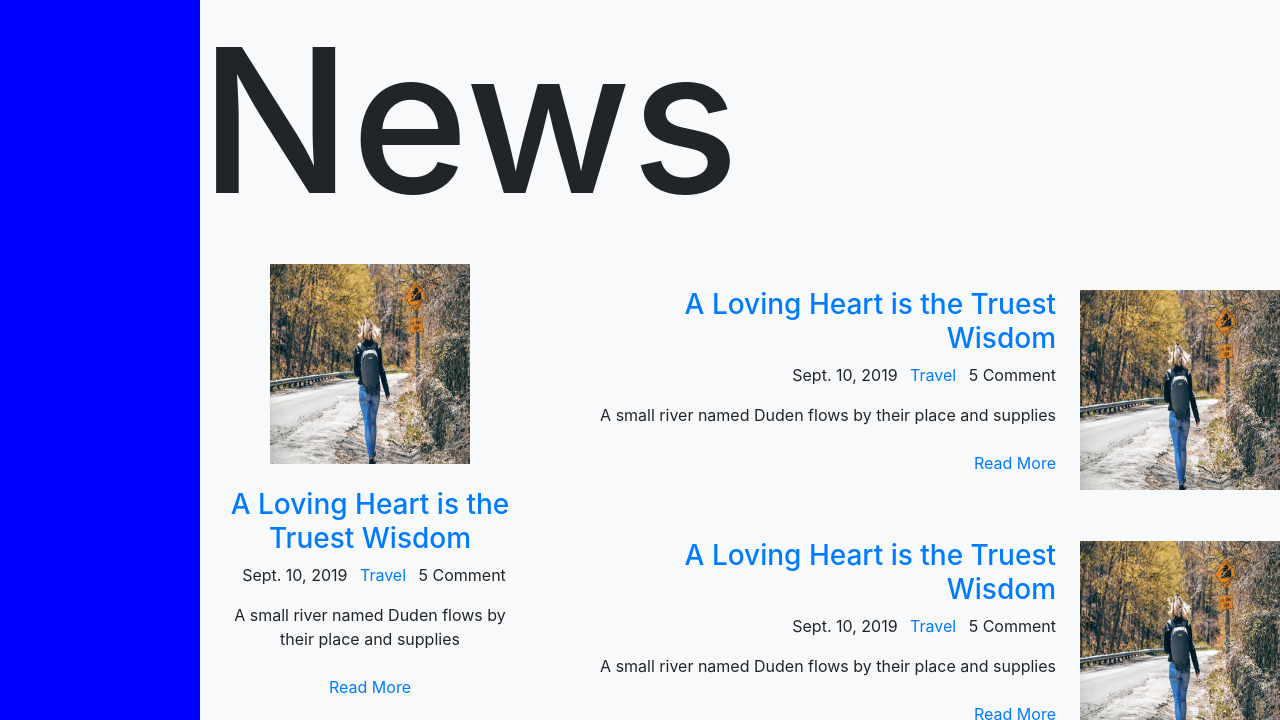
Repository: tts2610/GoogleNews
Page: index.html
The author's editor kept a copy of each file at every save. The page is drawn from the files as they stood at one save, then again after the next save.
The browser window is 1280 px wide. The pictures show the whole page.
The page's requests for data from a server got no answer. An inner scrolling area shows only its first screen.

Above is the page before, as saved 2020-05-20 13:54:15.

### index.html
<!DOCTYPE html>
<html lang="en">

<head>
    <meta charset="UTF-8">
    <meta name="viewport" content="width=device-width, initial-scale=1.0">
    <title>Document</title>
    <link rel="stylesheet" href="https://maxcdn.bootstrapcdn.com/bootstrap/4.4.1/css/bootstrap.min.css">

    <!-- jQuery library -->
    <script src="https://ajax.googleapis.com/ajax/libs/jquery/3.5.1/jquery.min.js"></script>

    <!-- Popper JS -->
    <script src="https://cdnjs.cloudflare.com/ajax/libs/popper.js/1.16.0/umd/popper.min.js"></script>

    <!-- Latest compiled JavaScript -->
    <script src="https://maxcdn.bootstrapcdn.com/bootstrap/4.4.1/js/bootstrap.min.js"></script>
    <link rel="stylesheet" href="css/style.css">
</head>

<body>
    <div class="myContainer">
        <div class="sidenav"></div>
        <div class="content">
            <div class="content-header mb-4">
                <h1 style="font-size: 200px;">News</h1>
            </div>
            <div class="row">
                <div class="col-4 d-flex">
                    <div class="blog-entry-left">
                        <div>
                            <img src="img/image_8.jpg" width="200" height="200">
                        </div>
                        <div class="text p-4" style="text-align: center;">
                            <h3 class="mb-2"><a href="single.html">A Loving Heart is the Truest Wisdom</a></h3>
                            <div class="meta-wrap">
                                <p class="meta">
                                    <span><i class="icon-calendar mr-2"></i>Sept. 10, 2019</span>
                                    <span><a href="single.html"><i class="icon-folder-o mr-2"></i>Travel</a></span>
                                    <span><i class="icon-comment2 mr-2"></i>5 Comment</span>
                                </p>
                            </div>
                            <p class="mb-4">A small river named Duden flows by their place and supplies</p>
                            <p><a href="#" class="btn-custom">Read More <span class="ion-ios-arrow-forward"></span></a></p>
                        </div>
                    </div>
                </div>
                <div class="col-8 d-flex">
                    <div class="row">
                        <div class="col-md-12">
                            <div class="blog-entry ftco-animate d-md-flex align-items-center">
                                <div class="text text-2 text-md-right p-4">
                                    <h3 class="mb-2"><a href="single.html">A Loving Heart is the Truest Wisdom</a></h3>
                                    <div class="meta-wrap">
                                        <p class="meta">
                                            <span><i class="icon-calendar mr-2"></i>Sept. 10, 2019</span>
                                            <span><a href="single.html"><i class="icon-folder-o mr-2"></i>Travel</a></span>
                                            <span><i class="icon-comment2 mr-2"></i>5 Comment</span>
                                        </p>
                                    </div>
                                    <p class="mb-4">A small river named Duden flows by their place and supplies</p>
                                    <p><a href="#" class="btn-custom">Read More <span class="ion-ios-arrow-forward"></span></a></p>
                                </div>
                                <div class="news-img"><img src="img/image_8.jpg" width="200" height="200"></div>
                            </div>
                        </div>
                        <div class="col-md-12">
                            <div class="blog-entry ftco-animate d-md-flex align-items-center">
                                <div class="text text-2 text-md-right p-4">
                                    <h3 class="mb-2"><a href="single.html">A Loving Heart is the Truest Wisdom</a></h3>
                                    <div class="meta-wrap">
                                        <p class="meta">
                                            <span><i class="icon-calendar mr-2"></i>Sept. 10, 2019</span>
                                            <span><a href="single.html"><i class="icon-folder-o mr-2"></i>Travel</a></span>
                                            <span><i class="icon-comment2 mr-2"></i>5 Comment</span>
                                        </p>
                                    </div>
                                    <p class="mb-4">A small river named Duden flows by their place and supplies</p>
                                    <p><a href="#" class="btn-custom">Read More <span class="ion-ios-arrow-forward"></span></a></p>
                                </div>
                                <div class="news-img"><img src="img/image_8.jpg" width="200" height="200"></div>
                            </div>
                        </div>
                    </div>
                </div>
            </div>


        </div>
    </div>

    <script src="js/script.js"></script>
</body>

</html>

### css/style.css
body {
    margin: 0
}

.myContainer {
    display: flex;
    justify-content: start;
}

.sidenav {
    height: 100vh;
    width: 200px;
    float: left;
    position: relative;
    background-color: blue;
}

.content {
    height: 100vh;
    width: calc(100% - 200px);
    float: right;
    position: relative;
    background-color: #f8f9fa;
    overflow-y: scroll;
}

.blog-entry-left {
    display: flex;
    flex-direction: column;
    align-items: center;
}

### js/script.js
let newsList = [];
const apiKey = "2dc86bcdc7184b17b45b74b30858f75a"
const loadNews = async() => {
    let url = `https://newsapi.org/v2/top-headlines?country=us&apiKey=${apiKey}`;
    let data = await fetch(url);
    let result = await data.json();

    console.log("what we get here", result);
}

loadNews();

After the next save:
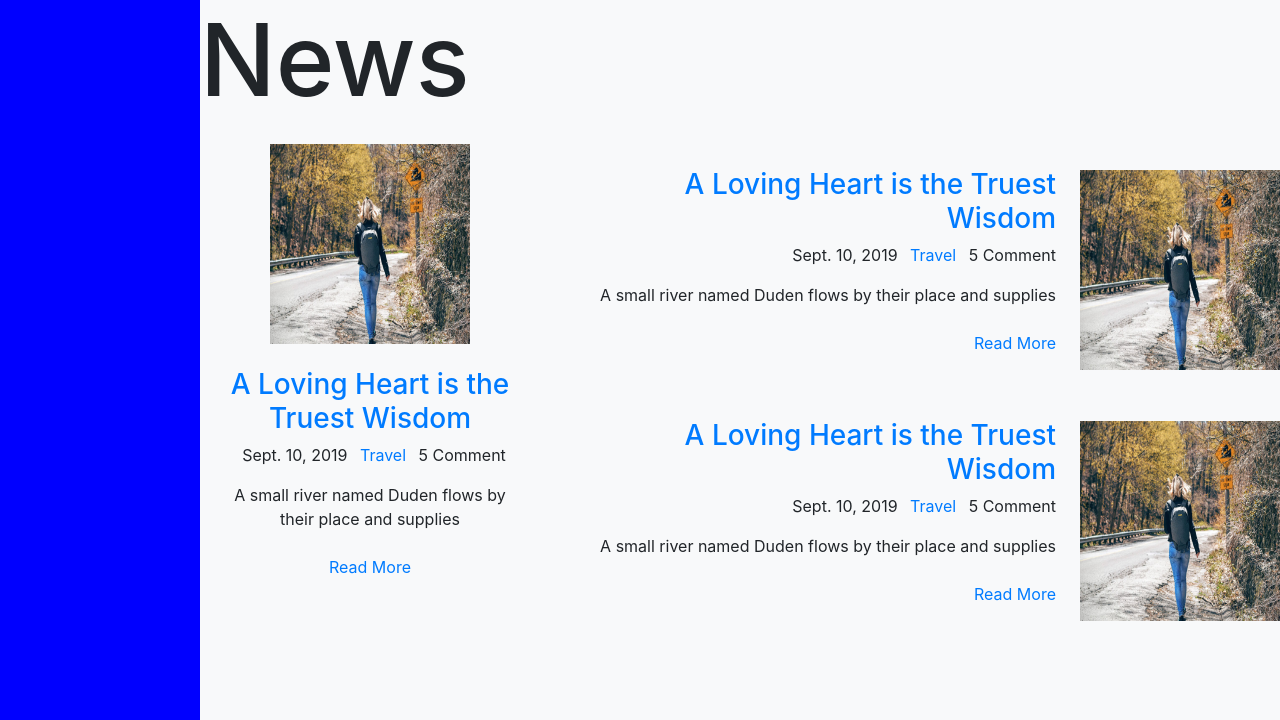
Saved 5 s later.
--- a/index.html
+++ b/index.html
@@ -23,7 +23,7 @@
         <div class="sidenav"></div>
         <div class="content">
             <div class="content-header mb-4">
-                <h1 style="font-size: 200px;">News</h1>
+                <h1 style="font-size: 100px;">News</h1>
             </div>
             <div class="row">
                 <div class="col-4 d-flex">
